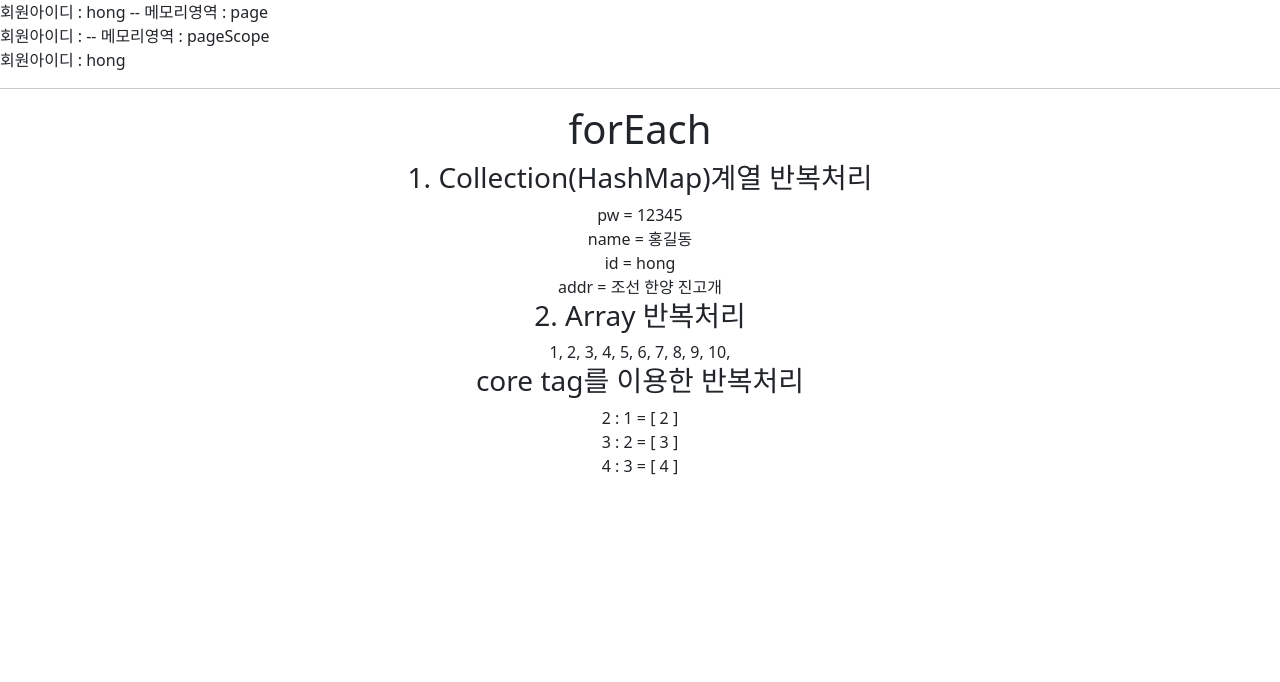
Repository: yeobleeme/06_jsp_basic
Page: http://localhost/jsp01_basic/jsp11_jstl/jsp04_foreach.jsp
The author's editor kept a copy of each file at every save. The page is drawn from the files as they stood at one save, then again after the next save.
The browser window is 1280 px wide. The pictures show the whole page.
The page is served by Tomcat 9.

Above is the page before, as saved 2023-05-15 02:41:41.

After the next save:
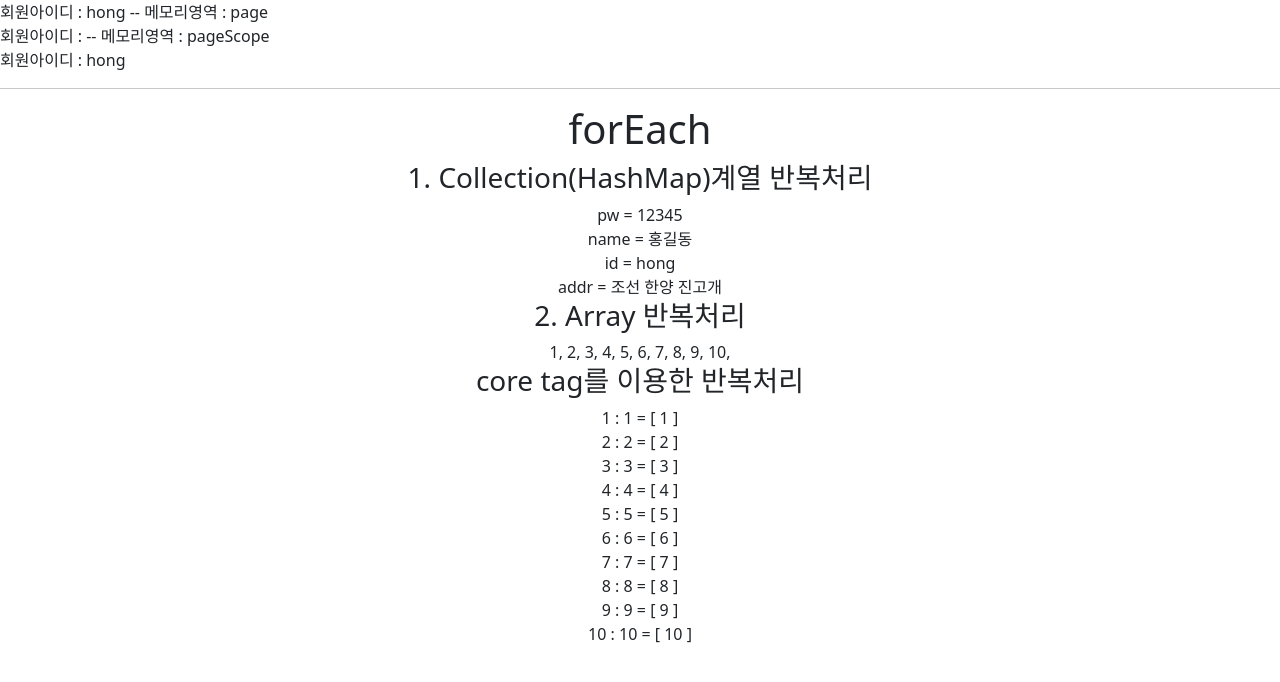
Saved 43 s later.
--- a/jsp01_basic/WebContent/jsp11_jstl/jsp04_foreach.jsp
+++ b/jsp01_basic/WebContent/jsp11_jstl/jsp04_foreach.jsp
@@ -43,7 +43,7 @@
 		</c:forEach>
 
 		<h3>core tag를 이용한 반복처리</h3>
-		<c:forEach var="i" begin="2" end="4" varStatus="status">
+		<c:forEach var="i" begin="1" end="10" varStatus="status">
 			${ status.index } : ${ status.count } = [ ${i} ] <br />
 		</c:forEach>
 	</div>
